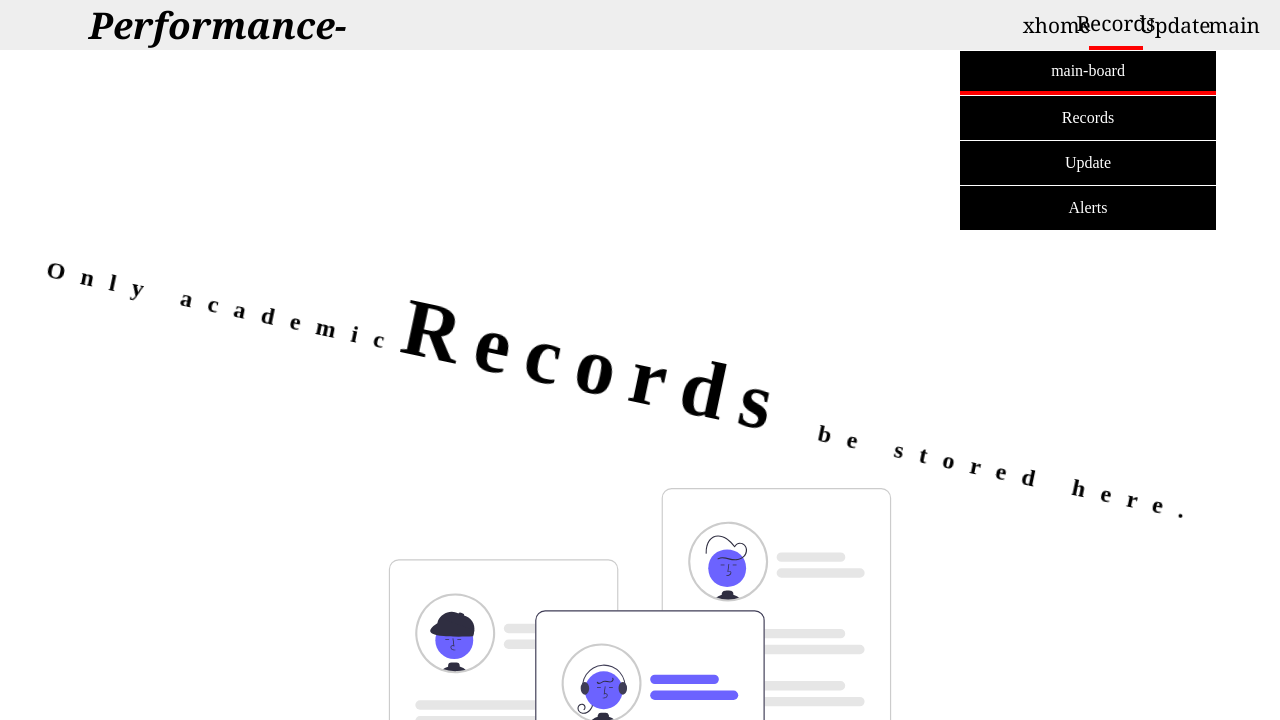
Repository: 3x3cu7er/Shax_001
Page: http://localhost/temp_access_student/
These files come from the project's save history. The page is drawn as it stood at one moment and after the next save; the edit follows.
The browser window is 1280 px wide. The pictures show the whole page.
An inner scrolling area shows only its first screen. The page is served by the project's application, run on Django 4.2 (manage.py).

Above is the page before, as saved 2024-01-21 02:36:53.

After the next save:
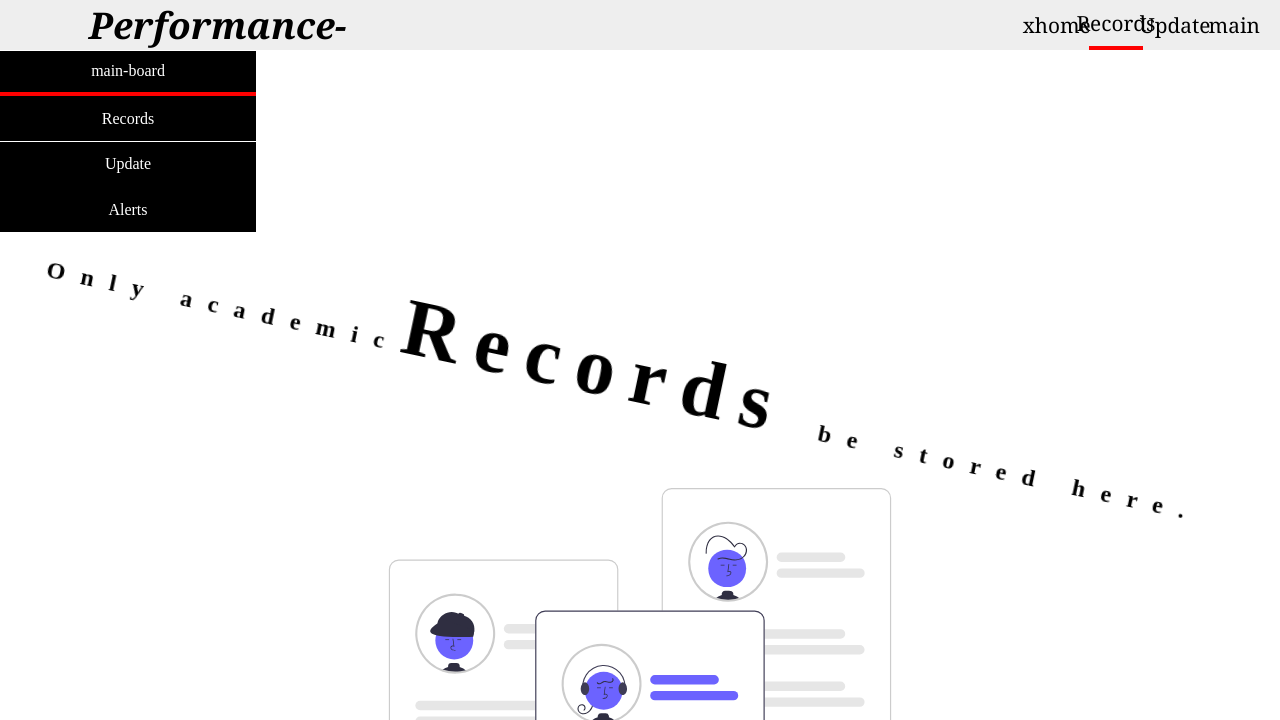
Saved 2 min 51 s later.
--- a/_3x3c47er_Sino_sys/static/css/accessStudent.css
+++ b/_3x3c47er_Sino_sys/static/css/accessStudent.css
@@ -29,14 +29,14 @@ body {
 .elements {
   width: 20%;
   height: 25%;
-  position: relative;
+  /* position: relative;
   left: 75%;
   display: flex;
   align-items: center;
   text-align: center;
   flex-direction: column;
   background: transparent;
-  //display: none;
+  display: none; */
 }
 .elements a {
   text-decoration: none;
